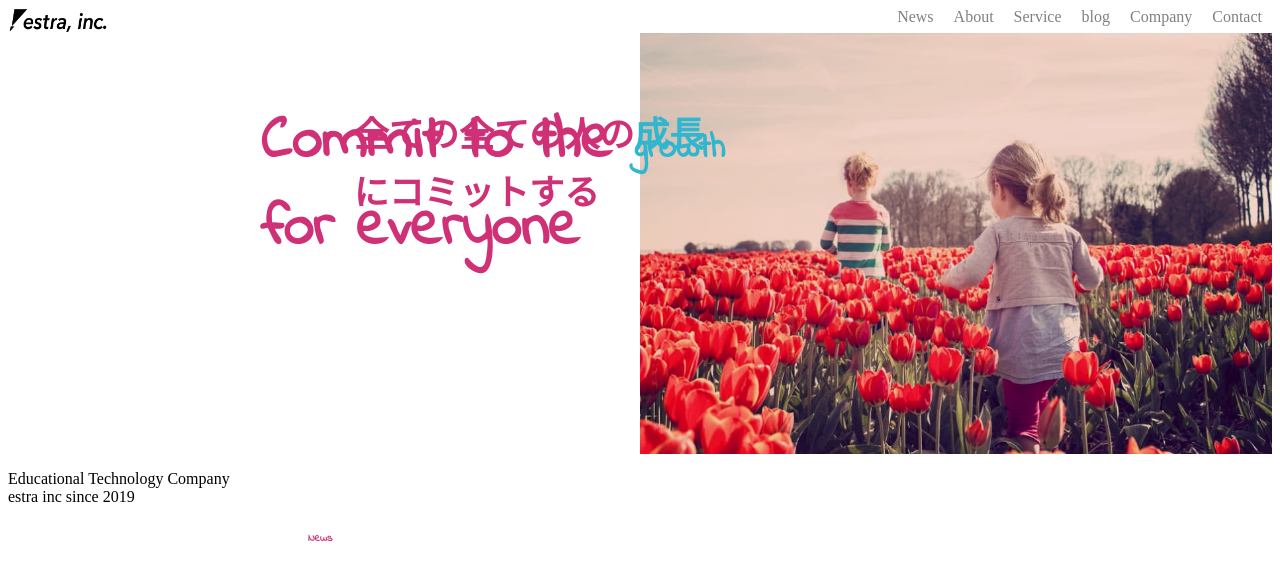
Repository: sigemasaasuka/20210902
Page: index.html
These files come from the project's save history. The page is drawn as it stood at one moment and after a run of saves; the edit follows.
The browser window is 1280 px wide. The pictures show the whole page.

Above is the page before, as saved 2021-09-08 17:29:00.

### index.html
<!DOCTYPE html>
<html lang="ja">

<head>
  <meta charset="UTF-8">
  <meta name="viewport" content="width=device-width, initial-scale=1.0">
  <title>Document</title>
  <link rel="stylesheet" href="css/style.css">
  <link rel="preconnect" href="https://fonts.googleapis.com">
  <link rel="preconnect" href="https://fonts.gstatic.com" crossorigin>
  <link href="https://fonts.googleapis.com/css2?family=Indie+Flower&display=swap" rel="stylesheet">
</head>

<body>
  <div class="flex">
    <img src="img/img/estra_logo.png" alt="estra_logo" width="100px" height="25px">
    <div class="parent">
      <div class="child">News</div>
      <div class="child">About</div>
      <div class="child">Service</div>
      <div class="child">blog</div>
      <div class="child">Company</div>
      <div class="child">Contact</div>

    </div>
  </div>
  <div class="relative">
    <img class="relative__img" src="img/img/firstview.jpg" alt="firstview">
    <div class="example">
      <h1>Commit to the <span class="document"> growth</span> <br>for everyone</h1>
      <div class="example-txt">
        <h3>全ての全ての人の<span class="document-txt">成長</span>にコミットする</h3>
      </div>
    </div>
    <p class="subtitle">Educational Technology Company<br>estra inc since 2019</p>
    <div class="smlltitle">
    <h6>News</h6>
    </div>
   </div>
　</div>

</body>

</html>

### css/style.css
.img {
  text-align: left;
}

.parent {
  display: flex;
  text-align: right;
  color: gray;
}

.child {
  margin: 0 10px;
}
.flex {
  display: flex;
  justify-content: space-between;
}

.relative {
  position: relative;
}

.relative__img {
  margin: 0 0 0 auto;
  display: block;
  width: 50%;
}

.example {
  position: absolute;
  top: 5%;
  left: 20%;
  font-size: 30px;
  color: #cf3076;
  font-family: "Indie Flower", cursive;
}

.document {
  top: 5%;
  left: 10%;
  font-size: 35px;
  color: #30b6cf;
  font-family: "Indie Flower", cursive;
}

.example-txt {
 position: absolute;
  top: 5%;
  left: 20%;
  font-size: 30px;
  color: #cf3076;
  font-family: "Indie Flower", cursive;
}


.document-txt {
  top: 5%;
  left: 10%;
  font-size: 35px;
  color: #30b6cf;
  font-family: "Indie Flower", cursive;
}
}

.subtitle {
  margin: 0px 300px;
  color: gray;
}

.smlltitle {
  color: #cf3076;
  font-family: "Indie Flower", cursive;
  margin-left: 300px;
}

After the next 2 saves:
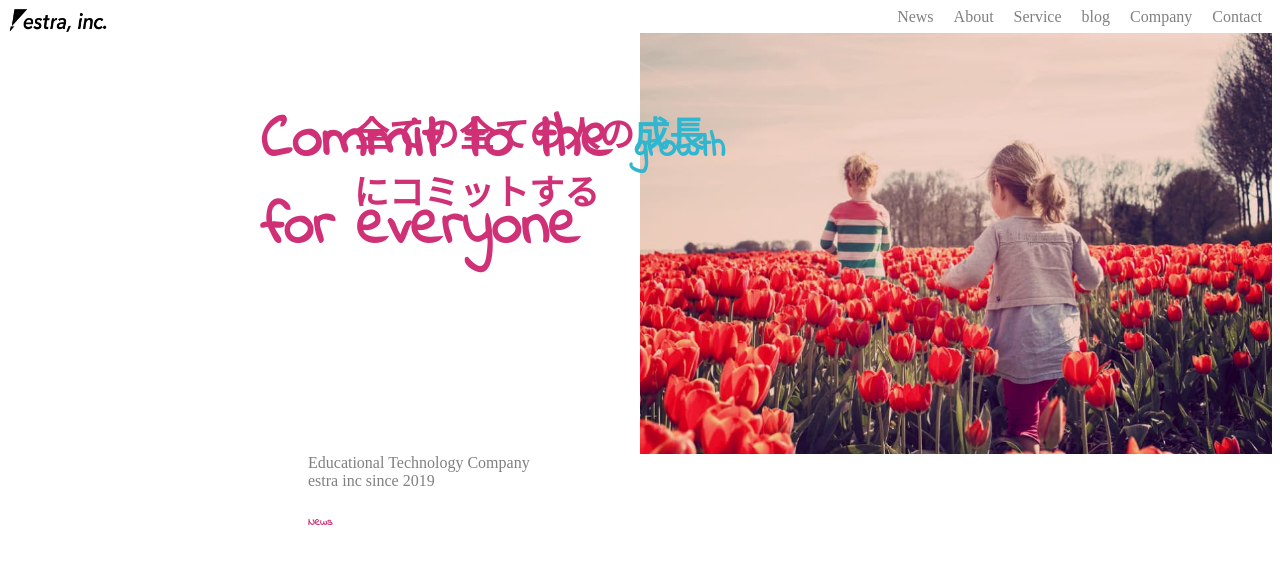
The 2 saves are shown as one change because they came seconds apart.
The last was saved 7 s later.
--- a/css/style.css
+++ b/css/style.css
@@ -44,7 +44,7 @@
 }
 
 .example-txt {
- position: absolute;
+  position: absolute;
   top: 5%;
   left: 20%;
   font-size: 30px;
@@ -60,7 +60,7 @@
   color: #30b6cf;
   font-family: "Indie Flower", cursive;
 }
-}
+
 
 .subtitle {
   margin: 0px 300px;
